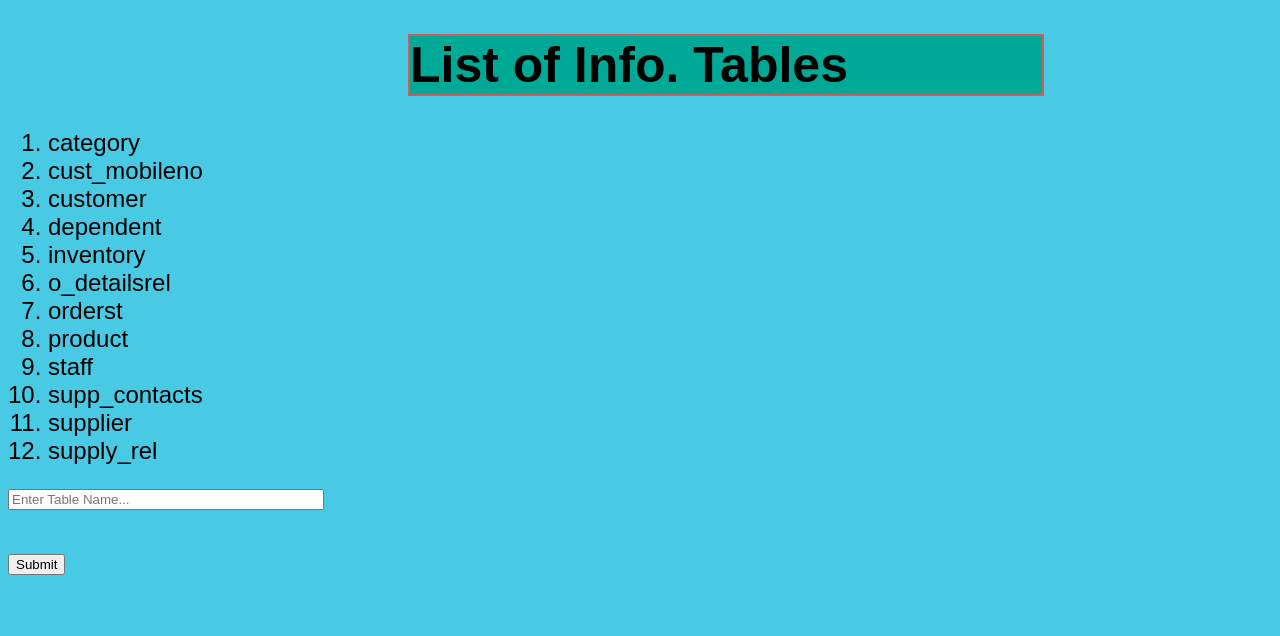
Repository: cyrusdwivedi2002/inventory-management-system
Page: DemoApp/src/main/webapp/view.html
These files come from the project's save history. The page is drawn as it stood at one moment and after the next save; the edit follows.
The browser window is 1280 px wide. The pictures show the whole page.
Some web fonts or font styles are not loaded; a fallback is used.

Above is the page before, as saved 2022-06-24 19:02:30.

After the next save:
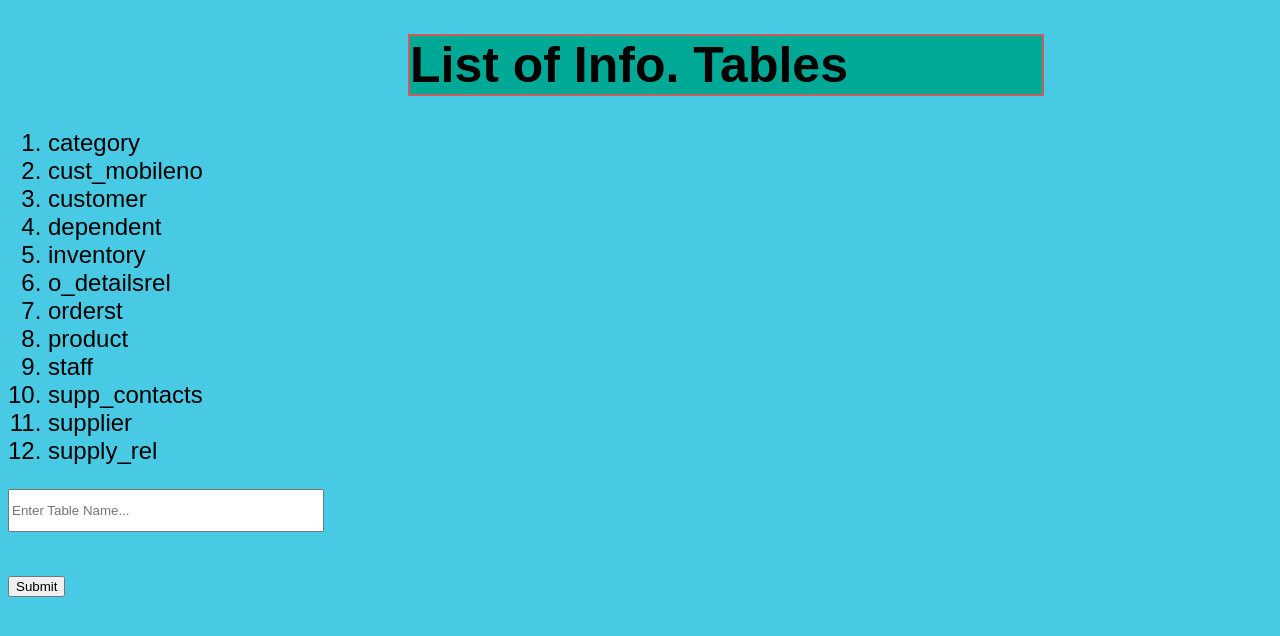
Saved 71 s later.
--- a/DemoApp/src/main/webapp/view.html
+++ b/DemoApp/src/main/webapp/view.html
@@ -26,6 +26,8 @@ font-size:x-large;
 }
 input{
   width: 25%;
+  padding-top:12px;
+  padding-bottom:12px;
   margin: 8px 0;
   box-sizing: border-box;
 }
